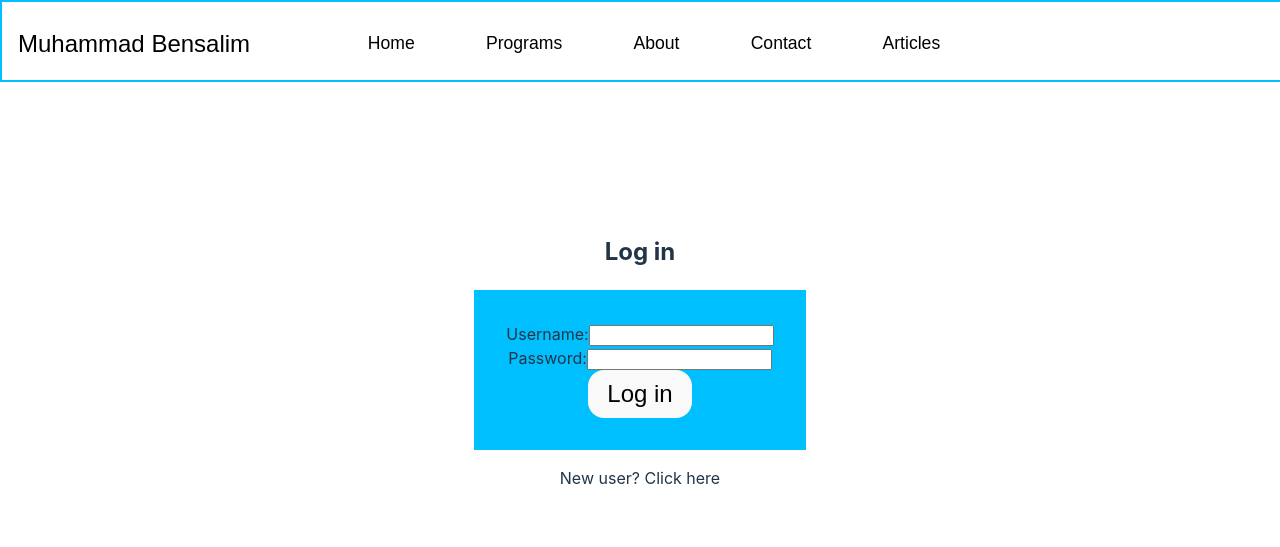
Repository: TMuse333/fitness_templates
Page: /progress
These files come from the project's save history. The page is drawn as it stood at one moment and after a run of saves; the edit follows.
The browser window is 1280 px wide. The pictures show the whole page.
The project was rebuilt for these pictures with package versions that can differ from the ones it lists, and the page was loaded fresh each time. Also part of the build but not shown: vite.config.js, src/components/herobanner/herobanner.css, src/components/herobanner/herobanner.jsx, src/components/about/about.css, src/components/about/about.jsx, src/components/serviceOffering/serviceOffering.css, src/components/serviceOffering/serviceOffering.jsx, src/data/data.js and 33 more. Imported but missing from the stored project, and not drawn on this page: src/media/best_dunk.mp4.

Above is the page before, as saved 2024-03-09 19:24:22.

After the next 2 saves:
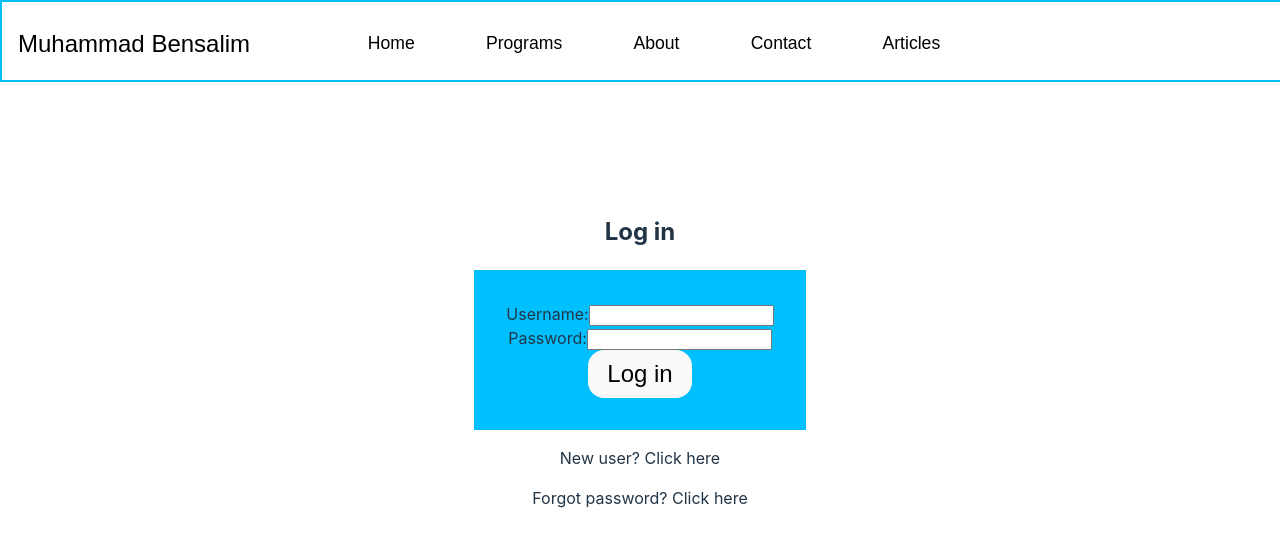
The 2 saves are shown as one change because they came seconds apart.
The last was saved 11 s later.
--- a/src/components/login/Login.jsx
+++ b/src/components/login/Login.jsx
@@ -23,7 +23,7 @@ const Login = () => {
 
         </div>
         <p>New user? Click here</p>
-
+        <p>Forgot password? Click here</p>
       </div>
     </>
   );
